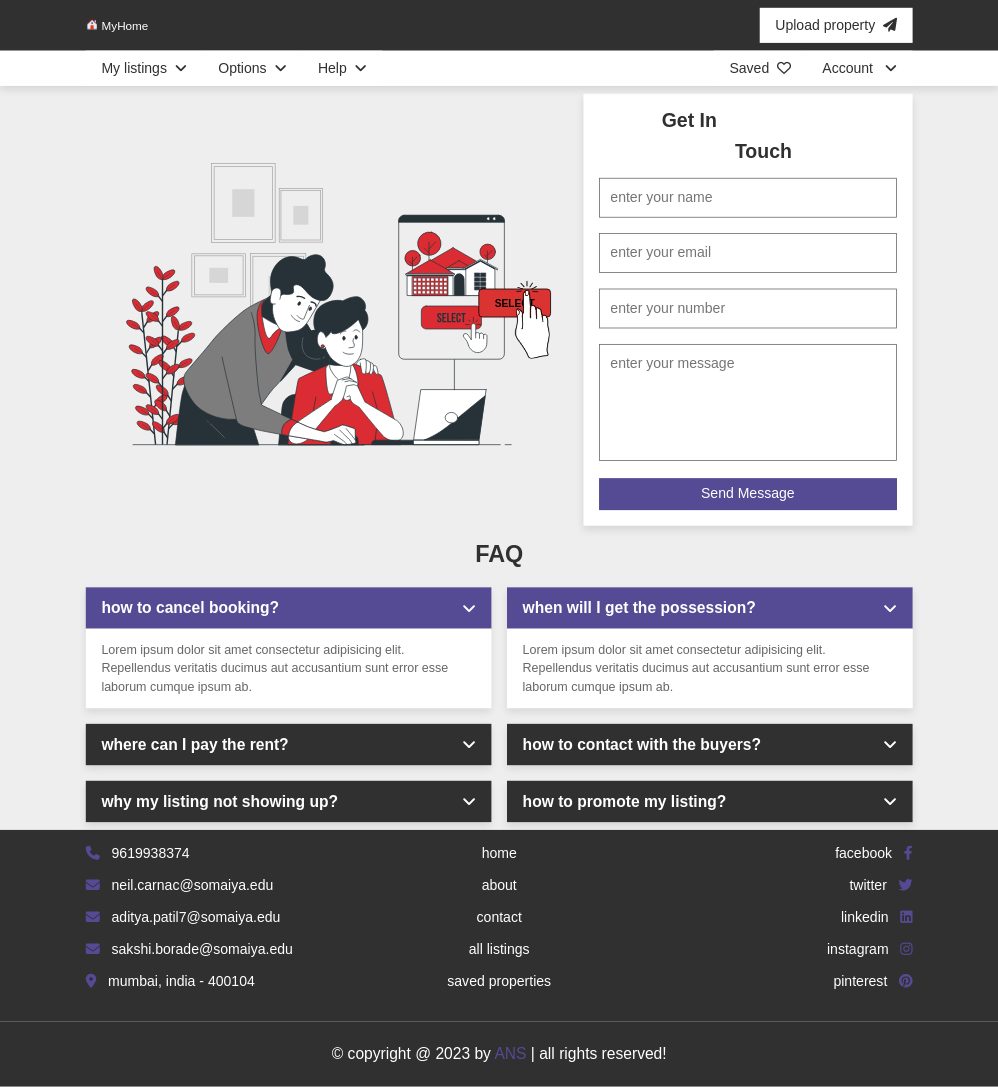
Repository: neilcarnac/wpl-project-realestatewebsite
Page: http://localhost/project/contact.php
An editor plug-in stored every save of this project. The page is shown before and after a run of saves, followed by the edit.
The browser window is 1280 px wide. The pictures show the whole page, at 78% of full size.
The page is run by PHP 8.4 with error messages shown; the project is at /var/www/html/.

Above is the page before, as saved 2023-05-01 17:19:25.

### project/contact.php
<?php

include 'components/connect.php';

if(isset($_COOKIE['user_id'])){
   $user_id = $_COOKIE['user_id'];
}else{
   $user_id = '';
}

if(isset($_POST['send'])){

   $msg_id = create_unique_id();
   $name = $_POST['name'];
   $name = filter_var($name, FILTER_SANITIZE_STRING);
   $email = $_POST['email'];
   $email = filter_var($email, FILTER_SANITIZE_STRING);
   $number = $_POST['number'];
   $number = filter_var($number, FILTER_SANITIZE_STRING);
   $message = $_POST['message'];
   $message = filter_var($message, FILTER_SANITIZE_STRING);

   $verify_contact = $conn->prepare("SELECT * FROM `messages` WHERE name = ? AND email = ? AND number = ? AND message = ?");
   $verify_contact->execute([$name, $email, $number, $message]);

   if($verify_contact->rowCount() > 0){
      $warning_msg[] = 'message sent already!';
   }else{
      $send_message = $conn->prepare("INSERT INTO `messages`(id, name, email, number, message) VALUES(?,?,?,?,?)");
      $send_message->execute([$msg_id, $name, $email, $number, $message]);
      $success_msg[] = 'message send successfully!';
   }

}

?>

<!DOCTYPE html>
<html lang="en">
<head>
   <meta charset="UTF-8">
   <meta http-equiv="X-UA-Compatible" content="IE=edge">
   <meta name="viewport" content="width=device-width, initial-scale=1.0">
   <title>Contact Us</title>
   <link type="image/png" sizes="16x16" rel="icon" href="images/hoe.png">

   <!-- font awesome cdn link  -->
   <link rel="stylesheet" href="https://cdnjs.cloudflare.com/ajax/libs/font-awesome/6.2.0/css/all.min.css">

   <!-- custom css file link  -->
   <link rel="stylesheet" href="css/style.css">

</head>
<body>

<?php include 'components/user_header.php'; ?>

<div>
<!-- contact section starts  -->
<style>
		button {
			background-color: #da3332;
			color: black;
			padding: 10px 20px;
			border: none;
			border-radius: 5px;
			font-size: 1.3rem;
         /* margin-top: 500px; */
         margin-left: 660px;
         font-weight: bold;
         border: 1.5px solid black;
         position: absolute;
         margin-top: 260px;
         /* font-family: Montserrat; Change the font */
         transition: background-color 0.3s, color 0.3s;
         transform: translateX(-50%); /* Adjust for half of the button's width */


		}
      button:hover{
         cursor: pointer;
         background-color: #EEEEEE;
			color: black;
      }
      .selele{

         position: absolute; /* Add relative positioning to the container */
			height: 1000px;
      }
      .finger{
         transition: 600ms;
         position: absolute; /* Add relative positioning to the container */
         height:100px ;
         width:45px ;
         margin-top: 250px;
         margin-left: 660px;
         z-index: 2;
      }
      .finger:hover{
         cursor: pointer;
         transform: scale(0.9); /* Add a scale transform on hover */
      }
      .linke{
         text-decoration: none;
         color: black;
      }
      .touch{
         margin-left: 40px ;
         margin-bottom: ;
      }
      .getin{
         margin-right: 150px;
      }
      .touch:hover{
         transform: scale(0.9); /* Add a scale transform on hover */

      }

	</style>

   <div class="selele">
      <img src="images/fingerwhite.png" class="finger" alt="">
      <button><a class="linke" href="home.php"><b>SELECT</b></a></button>
   </div>
<section class="contact">
   <div class="row">
      <div class="image">
         <img src="images/contact-img.svg" alt="">
      </div>
      <form action="" method="post">
         <h3 class="getin">get in <h3  class="touch">touch</h3></h3>
         <input type="text" name="name" required maxlength="50" placeholder="enter your name" class="box">
         <input type="email" name="email" required maxlength="50" placeholder="enter your email" class="box">
         <input type="number" name="number" required maxlength="10" max="9999999999" min="0" placeholder="enter your number" class="box">
         <textarea name="message" placeholder="enter your message" required maxlength="1000" cols="30" rows="10" class="box"></textarea>
         <input type="submit" value="send message" name="send" class="btn">
      </form>
   </div>

</section>

<!-- contact section ends -->

<!-- faq section starts  -->

<section class="faq" id="faq">

   <h1 class="heading">FAQ</h1>

   <div class="box-container">

      <div class="box active">
         <h3><span>how to cancel booking?</span><i class="fas fa-angle-down"></i></h3>
         <p>Lorem ipsum dolor sit amet consectetur adipisicing elit. Repellendus veritatis ducimus aut accusantium sunt error esse laborum cumque ipsum ab.</p>
      </div>

      <div class="box active">
         <h3><span>when will I get the possession?</span><i class="fas fa-angle-down"></i></h3>
         <p>Lorem ipsum dolor sit amet consectetur adipisicing elit. Repellendus veritatis ducimus aut accusantium sunt error esse laborum cumque ipsum ab.</p>
      </div>

      <div class="box">
         <h3><span>where can I pay the rent?</span><i class="fas fa-angle-down"></i></h3>
         <p>Lorem ipsum dolor sit amet consectetur adipisicing elit. Repellendus veritatis ducimus aut accusantium sunt error esse laborum cumque ipsum ab.</p>
      </div>

      <div class="box">
         <h3><span>how to contact with the buyers?</span><i class="fas fa-angle-down"></i></h3>
         <p>Lorem ipsum dolor sit amet consectetur adipisicing elit. Repellendus veritatis ducimus aut accusantium sunt error esse laborum cumque ipsum ab.</p>
      </div>

      <div class="box">
         <h3><span>why my listing not showing up?</span><i class="fas fa-angle-down"></i></h3>
         <p>Lorem ipsum dolor sit amet consectetur adipisicing elit. Repellendus veritatis ducimus aut accusantium sunt error esse laborum cumque ipsum ab.</p>
      </div>

      <div class="box">
         <h3><span>how to promote my listing?</span><i class="fas fa-angle-down"></i></h3>
         <p>Lorem ipsum dolor sit amet consectetur adipisicing elit. Repellendus veritatis ducimus aut accusantium sunt error esse laborum cumque ipsum ab.</p>
      </div>

   </div>

</section>

<!-- faq section ends -->










<script src="https://cdnjs.cloudflare.com/ajax/libs/sweetalert/2.1.2/sweetalert.min.js"></script>

<?php include 'components/footer.php'; ?>

<!-- custom js file link  -->
<script src="js/script.js"></script>

<?php include 'components/message.php'; ?>
</div>
</body>
</html>

### project/components/connect.php
<?php

   $db_name = 'mysql:host=localhost;dbname=home_db';
   $db_user_name = 'root';
   $db_user_pass = '';

   $conn = new PDO($db_name, $db_user_name, $db_user_pass);

   function create_unique_id(){
      $characters = '0123456789abcdefghijklmnopqrstuvwxyzABCDEFGHIJKLMNOPQRSTUVWXYZ';
      $charactersLength = strlen($characters);
      $randomString = '';
      for ($i = 0; $i < 20; $i++) {
          $randomString .= $characters[mt_rand(0, $charactersLength - 1)];
      }
      return $randomString;
  }

?>

### project/components/user_header.php
<!-- header section starts  -->

<header class="header">

   <nav class="navbar nav-1">
      <section class="flex">
         <a href="home.php" class="logo"><img src="images/hoe.png" alt=""> MyHome</a>

         <ul>
            <li class="upload"><a href="post_property.php">Upload property<i class="fas fa-paper-plane"></i></a></li>
         </ul>
      </section>
   </nav>

   <style>
      .menu{
         font-size: 1rem !important;
      }
   </style>

   <nav class="navbar nav-2">
      <section class="flex">
         <div id="menu-btn" class="fas fa-bars"></div>

         <div class="menu">
            <ul>
               <li><a href="#">My listings<i class="fas fa-angle-down"></i></a>
                  <ul>
                     <li><a href="dashboard.php">Dashboard</a></li>
                     <li><a href="post_property.php">Upload Property</a></li>
                     <li><a href="my_listings.php">My Listings</a></li>
                  </ul>
               </li>
               <li><a href="#">Options<i class="fas fa-angle-down"></i></a>
                  <ul>
                     <li><a href="search.php">Filter search</a></li>
                     <li><a href="listings.php">All listings</a></li>
                  </ul>
               </li>
               <li><a href="#">Help<i class="fas fa-angle-down"></i></a>
                  <ul>
                     <li><a href="about.php">About Us</a></i></li>
                     <li><a href="contact.php">Contact Us</a></i></li>
                     <li><a href="contact.php#faq">FAQ</a></i></li>
                  </ul>
               </li>
            </ul>
         </div>

         <ul>
            <li><a href="saved.php">Saved<i class="far fa-heart"></i></a></li>
            <li><a href="#">Account <i class="fas fa-angle-down"></i></a>
               <ul>
                  <li><a href="login.php">login Now</a></li>
                  <li><a href="register.php">Register New</a></li>
                  <?php if($user_id != ''){ ?>
                  <li><a href="update.php">Update Profile</a></li>
                  <li><a href="components/user_logout.php" onclick="return confirm('logout from this website?');">Logout</a>
                  <?php } ?></li>
               </ul>
            </li>
         </ul>
      </section>
   </nav>

</header>

<!-- header section ends -->

### project/components/footer.php
<!-- footer section starts  -->

<footer class="footer">

   <section class="flex">

      <div class="box">
         <a href="tel:9619938374"><i class="fas fa-phone"></i><span>9619938374</span></a>
         <a href="mailto:neil.carnac@somaiya.edu"><i class="fas fa-envelope"></i><span>neil.carnac@somaiya.edu</span></a>
         <a href="mailto:aditya.patil7@somaiya.edu"><i class="fas fa-envelope"></i><span>aditya.patil7@somaiya.edu</span></a>
         <a href="mailto:sakshi.borade@somaiya.edu"><i class="fas fa-envelope"></i><span>sakshi.borade@somaiya.edu</span></a>
         <a href="#"><i class="fas fa-map-marker-alt"></i><span>mumbai, india - 400104</span></a>
      </div>

      <div class="box">
         <a href="home.php"><span>home</span></a>
         <a href="about.php"><span>about</span></a>
         <a href="contact.php"><span>contact</span></a>
         <a href="listings.php"><span>all listings</span></a>
         <a href="saved.php"><span>saved properties</span></a>
      </div>

      <div class="box">
         <a href="#"><span>facebook</span><i class="fab fa-facebook-f"></i></a>
         <a href="#"><span>twitter</span><i class="fab fa-twitter"></i></a>
         <a href="#"><span>linkedin</span><i class="fab fa-linkedin"></i></a>
         <a href="#"><span>instagram</span><i class="fab fa-instagram"></i></a>
         <a href="#"><span>pinterest</span><i class="fab fa-pinterest"></i></a>

      </div>

   </section>

   <div class="credit">&copy; copyright @ <?= date('Y'); ?> by <span>ANS</span> | all rights reserved!</div>

</footer>

<!-- footer section ends -->

Loaded but not shown: project/components/message.php (common file); project/images/contact-img.svg (1 lines, source omitted); project/js/script.js (21 lines, source omitted); project/css/style.css (1372 lines, source omitted)

After the next 2 saves:
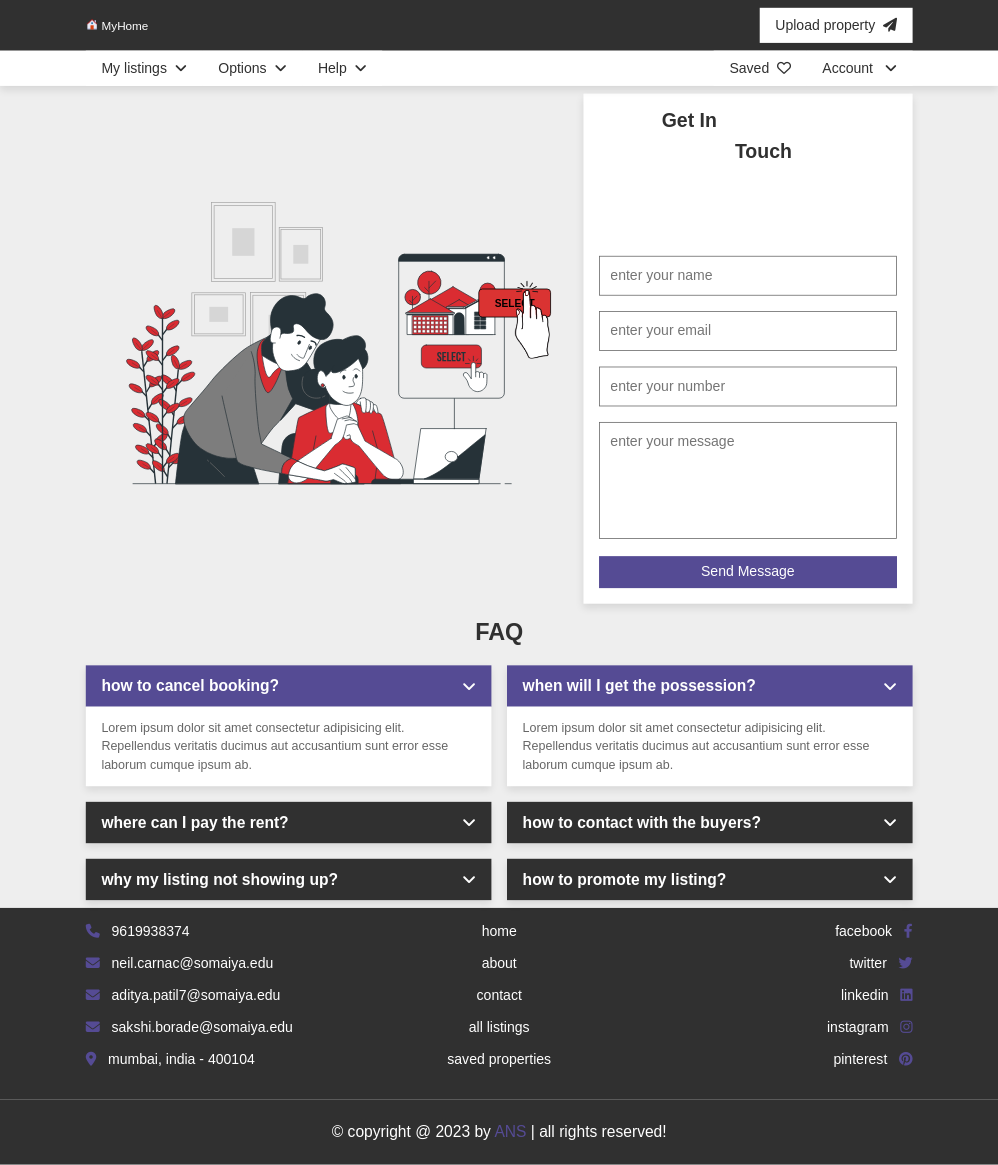
The 2 saves are shown as one change because they came seconds apart.
The last was saved 13 s later.
--- a/project/contact.php
+++ b/project/contact.php
@@ -106,7 +106,7 @@ if(isset($_POST['send'])){
       }
       .touch{
          margin-left: 40px ;
-         margin-bottom: ;
+         margin-bottom: 100px;
       }
       .getin{
          margin-right: 150px;
